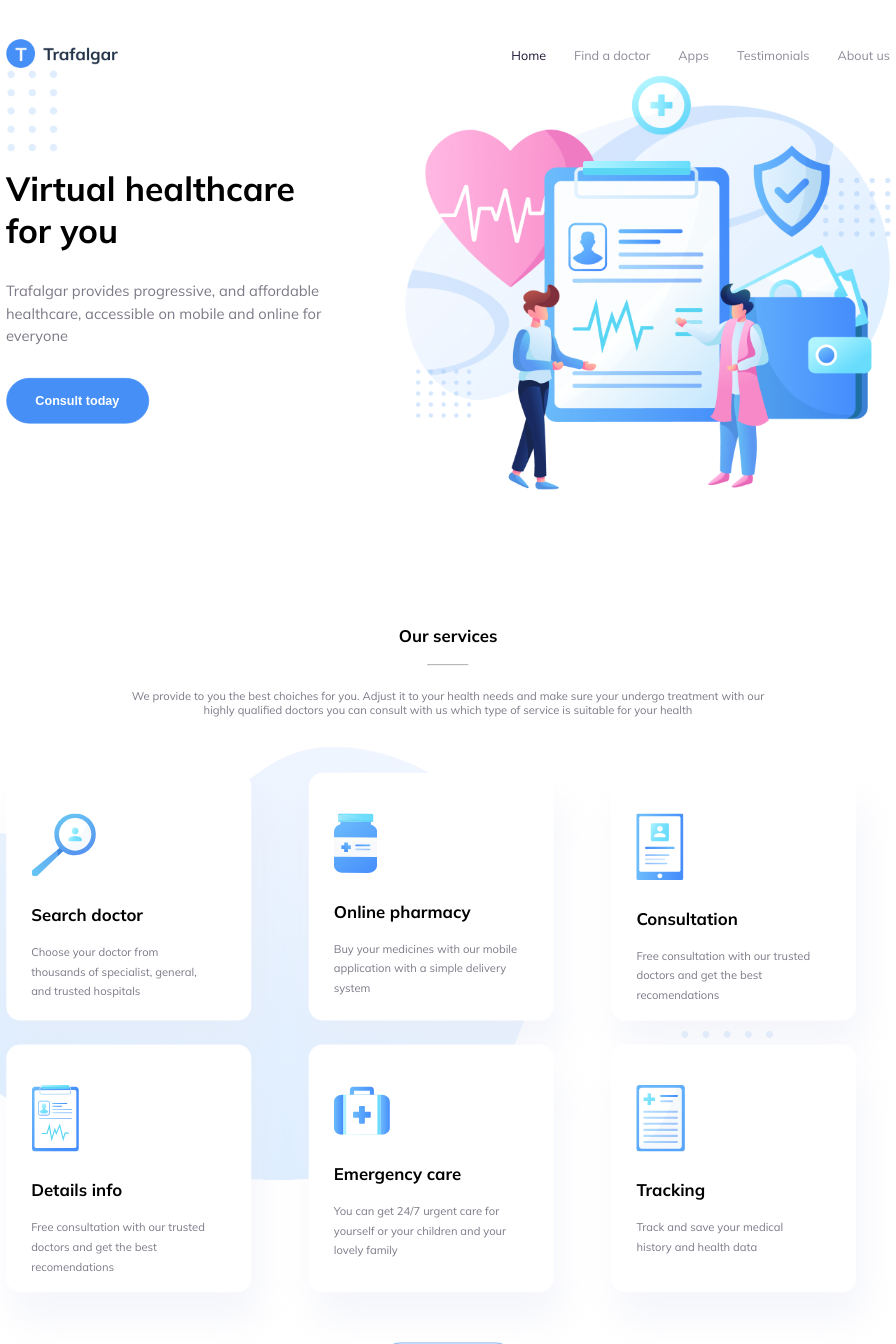
Repository: ivan-developer-01/trafalgar-layout
Page: index.html
These files come from the project's save history. The page is drawn as it stood at one moment and after a run of saves; the edit follows.
The browser window is 1280 px wide. The pictures show the part of the page from y = 0 to 1920 px (the page is 4552 px tall), at 70% of full size.

Above is the page before, as saved 2024-11-09 11:10:20.

After the next 2 saves:
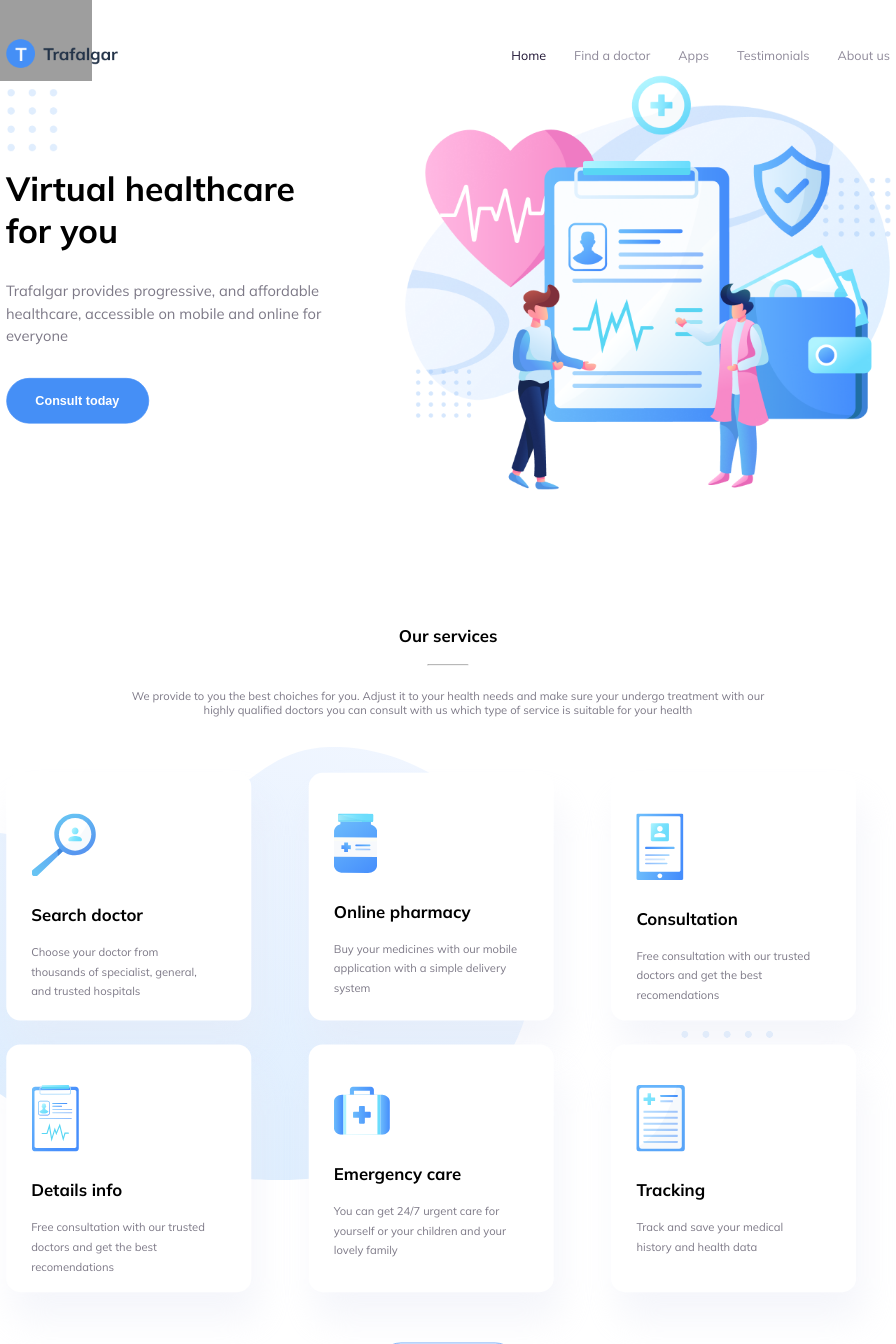
The 2 saves are shown as one change because they came seconds apart.
The last was saved 18 s later.
--- a/style.css
+++ b/style.css
@@ -352,7 +352,8 @@
 .reviews::before {
 	content: '';
 	position: absolute;
-	width:
+	width: 132px;
+	height: 115px;
 	top: 0;
 	left: 0;
 	right: 0;

After the save that followed:
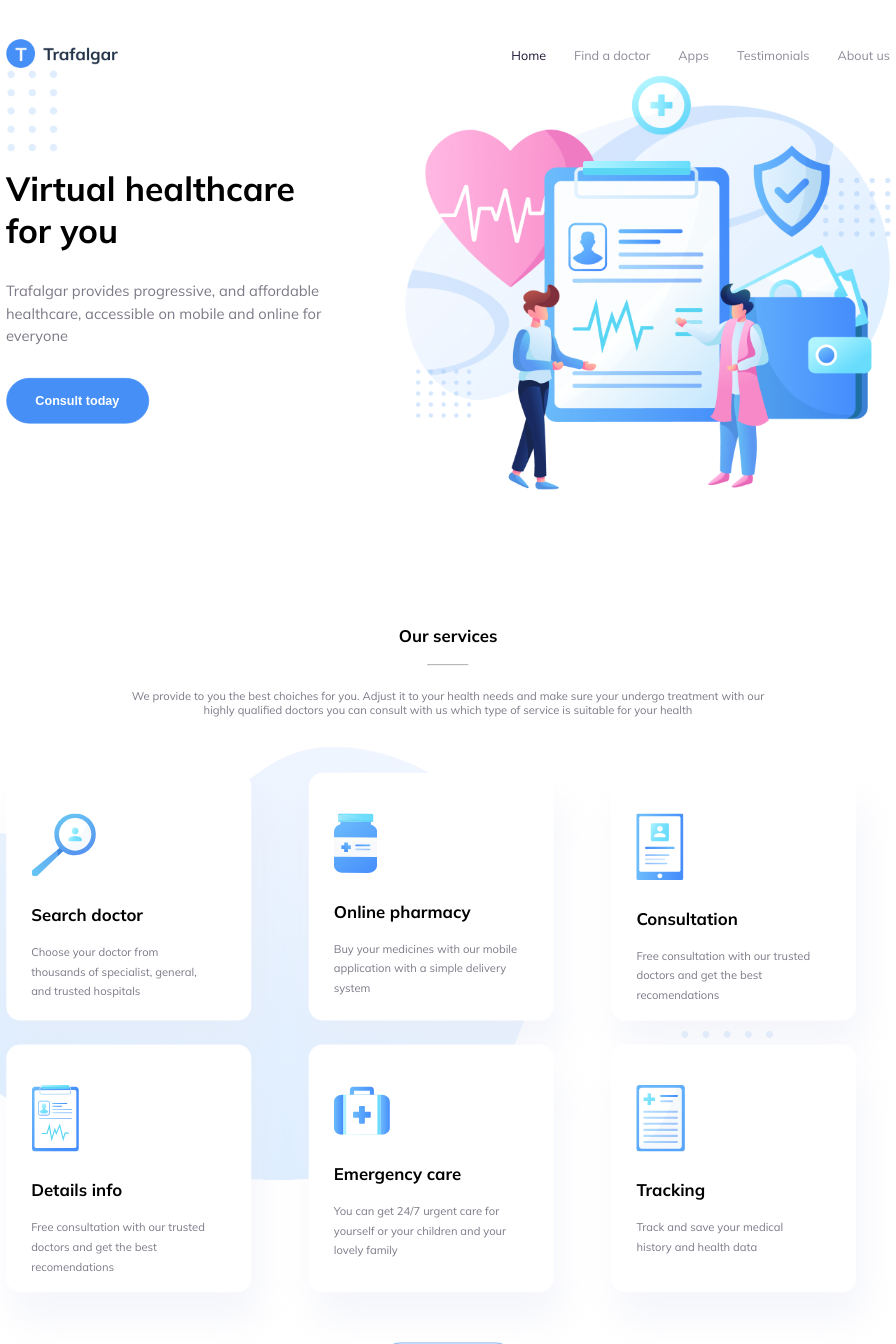
Saved 24 s later.
--- a/style.css
+++ b/style.css
@@ -351,7 +351,7 @@
 
 .reviews::before {
 	content: '';
-	position: absolute;
+	position: relative;
 	width: 132px;
 	height: 115px;
 	top: 0;
